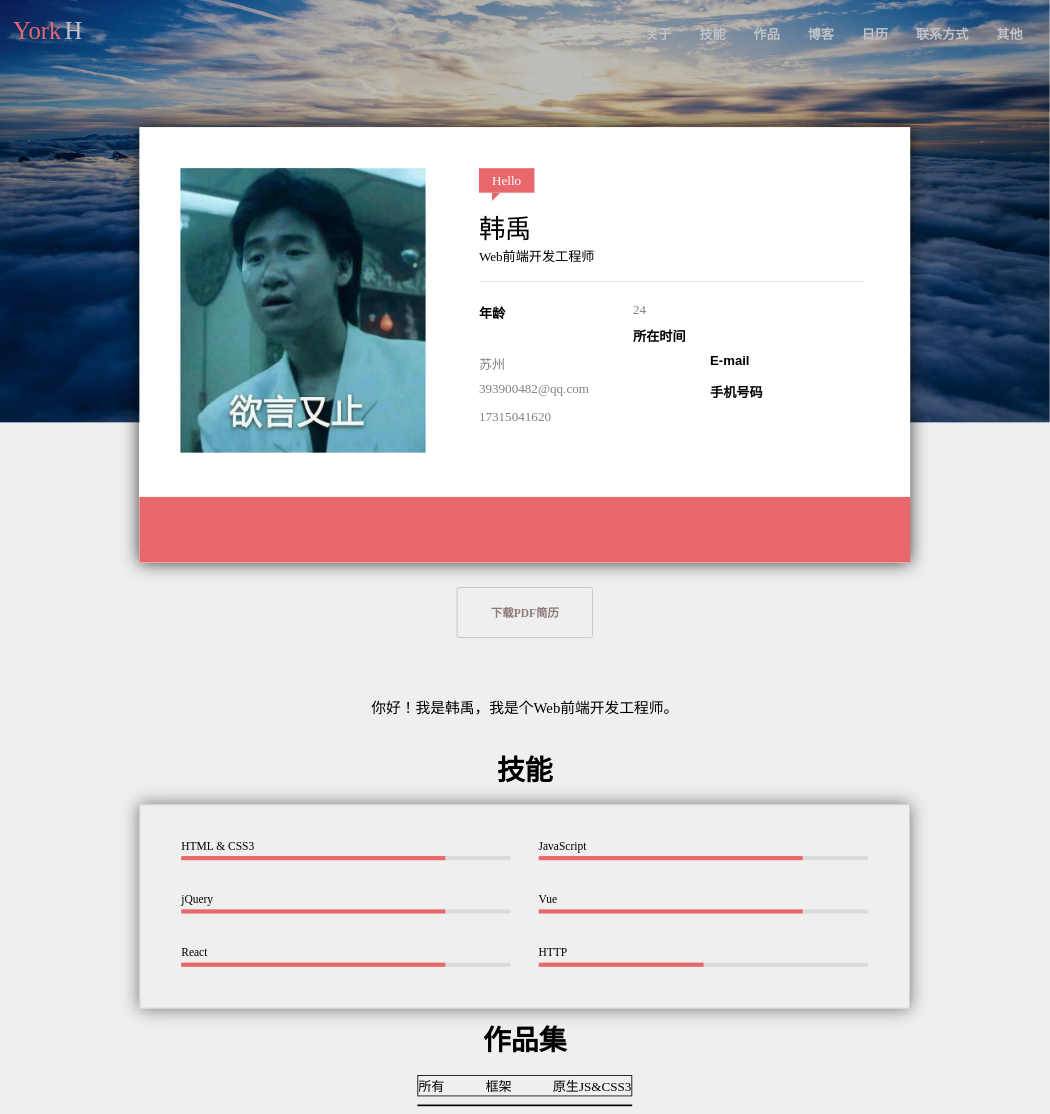
Repository: yorkHan/resume
Page: index.html
An editor plug-in stored every save of this project. The page is shown before and after the next save, followed by the edit.
The browser window is 1280 px wide. The pictures show the whole page, at 82% of full size.

Above is the page before, as saved 2018-04-10 13:28:59.

### index.html
<!DOCTYPE html>
<html lang="en">
<head>
    <meta charset="UTF-8">
    <meta name="viewport" content="width=device-width, initial-scale=1.0">
    <meta http-equiv="X-UA-Compatible" content="ie=edge">
    <title>Document</title>
    <link rel="stylesheet" href="./1.css">
    <script src="//at.alicdn.com/t/font_621912_9r2kl0u76xzb0529.js"></script>
    <style type="text/css">
        .icon {
           width: 1em; height: 1em;
           vertical-align: -0.15em;
           fill: currentColor;
           overflow: hidden;
        }
    </style>
</head>
<body>
    <div class="topNavBar clearfix">
        <div class="topNavBar-inner clearfix">
            <a class="logo" href="#" alt="logo" style="float:left;">
                <span class="rs">York</span><span class="card">H</span>
            </a>
            <nav>
                <ul class="clearfix" style="float: right;">
                    <li><a href="#">关于</a></li>
                    <li><a href="#">技能</a></li>
                    <li><a href="#">作品</a></li>
                    <li><a href="#">博客</a></li>
                    <li><a href="#">日历</a></li>
                    <li><a href="#">联系方式</a></li>
                    <li><a href="#">其他</a></li>
                </ul>
            </nav>
        </div>
    </div>
    <div class="banner" style="background-image: url(./images/3.jpg)">
        <div class="mask"></div>
    </div>
    <main>
        <div class="usercard">
            <div class="textAndPicture clearfix">
                <div class="pic">
                    <img src="./images/avatar.png" style="width:299px;height:347px" alt="头像">
                </div>
                <div class="text">
                    <div class="profile">
                    <span class="welcome">Hello
                        <span class="triangle"></span>
                    </span>
                    <h1>韩禹</h1>
                    <p>Web前端开发工程师</p>
                    <hr>
                    <dl>
                        <dt>年龄</dt>
                        <dd>24</dd>
                        <dt>所在时间</dt>
                        <dd>苏州</dd>
                        <dt>E-mail</dt>
                        <dd>393900482@qq.com</dd>
                        <dt>手机号码</dt>
                        <dd>17315041620</dd>
                    </dl>
                </div>
                </div>
            </div>
            <footer class="media">
                <a href="#">
                    <svg class="icon" aria-hidden="true">
                        <use xlink:href="#icon-github"></use>
                    </svg>
                </a>
                <a href="#">
                    <svg class="icon" aria-hidden="true">
                        <use xlink:href="#icon-dianhua"></use>
                    </svg>
                </a>
                <a href="#">
                    <svg class="icon" aria-hidden="true">
                        <use xlink:href="#icon-youjian"></use>
                    </svg>
                </a>
                <a href="#">
                    <svg class="icon" aria-hidden="true">
                        <use xlink:href="#icon-hexo"></use>
                    </svg>
                </a>
                <a href="#">
                    <svg class="icon" aria-hidden="true">
                        <use xlink:href="#icon-msnui-logo-qq"></use>
                     </svg>
                </a>
                <a href="#">
                    <svg class="icon" aria-hidden="true">
                        <use xlink:href="#icon-gongzhonghao"></use>
                    </svg>
                </a>
                <a href="#">
                    <svg class="icon" aria-hidden="true">
                        <use xlink:href="#icon-weibo"></use>
                    </svg>
                </a>
            </footer>
        </div>
        <p style="text-align: center;">
            <a class="downloadResume" href="./resume.pdf" target="_blank" download>下载PDF简历</a>
        </p>
        <p class="selfIntroduction">
            你好！我是韩禹，我是个Web前端开发工程师。
        </p>
    </main>
    <section class="skills">
        <h2>技能</h2>
        <ol class="clearfix">
            <li>
                <h3>HTML &amp; CSS3</h3>
                <div class="progressBar">
                    <div class="progress" style="width:80%">
                    </div>
                </div>
            </li>
            <li>
                <h3>JavaScript</h3>
                <div class="progressBar">
                        <div class="progress" style="width:80%">
                        </div>
                    </div>
            </li>
            <li>
                <h3>jQuery</h3>
                <div class="progressBar">
                    <div class="progress"style="width:80%">
                    </div>
                </div>
            </li>
            <li>
                <h3> Vue</h3>
                <div class="progressBar">
                    <div class="progress" style="width:80%">
                    </div>
                </div>
            </li>
            <li>
                <h3>React</h3>
                <div class="progressBar">
                    <div class="progress"style="width:80%">
                    </div>
                </div>
            </li>
            <li>
                <h3> HTTP</h3>
                <div class="progressBar">
                    <div class="progress"style="width:50%">
                    </div>
                </div>
            </li>
        </ol>
    </section>
    <section  class="portfolio">
        <h2>作品集</h2>
        <nav>
            <ol class="clearfix">
                <li>所有</li>
                <li>框架</li>
                <li>原生JS&amp;CSS3</li>
            </ol>
            <div class="bar">
                <div class=""></div>
            </div>
        </nav>
        <div class="jobs">
            <div class="big"></div>
            <div class='small'></div>
            <div class="small"></div>
        </div>
    </section>
</body>
</html>

### 1.css
body{
    background-color: #EFEFEF;
    margin: 0;
}
*{
    margin: 0;
    padding: 0;
}
h1,h2,h3,h4,h5,h6{
    font-weight: normal;
}
a{
    color: inherit;
    text-decoration: none;
}
.clearfix::after{
    content: '';
    display: block;
    clear: both;
}
.topNavBar{
    padding: 20px 0px 20px 0px;
    position: fixed;
    top:0;
    left:0;
    width:100%;
}
.topNavBar-inner{
    padding: 0 16px;
}
.topNavBar nav>ul{
    list-style: none;
    margin: 0;
    padding: 0;
}
.topNavBar nav>ul>li{
    float: left;

}
.topNavBar nav>ul>li>a{
    display: block;
    font-size: 16px;
    font-weight: bold;
    color:#c1c3c7;
    margin-left: 17px;
    margin-right: 17px;
    padding-top: 5px;
    padding-bottom: 5px;
    border-top:3px solid transparent;
    border-bottom:3px solid transparent;
}
.topNavBar nav>ul>li>a:hover{
    border-bottom:3px solid #E8676B;
}
.topNavBar .logo{
    font-family: "Arial Rounded MT Bold";
    font-size: 30px;
}
.topNavBar .logo .rs{
    margin-right: 4px;
    color:#E8676B;
}
.topNavBar .logo .card {
    color:#c1c3c7;
}
.banner{
    height: 515px;
    background-position: center center;
    background-size:cover;
}
.banner .mask{
    height: 515px;
    background-color: rgba(0, 0, 0, 0.26);
}
.usercard{
    max-width: 940px;
    margin-left: auto;
    margin-right: auto;
    margin-top: -360px;
    box-shadow: 0px 0px 20px 0px rgba(0,0,0,0.75);
}
.text .welcome{
    padding: 4px 16px;
    line-height: 22px;
    display: inline-block;
    background-color: #E8676B;
    color: white;
    position: relative;
}
.text h1{
    margin-top:18px;
    font-family: sans-serif;
}
hr{
    height: 0;
    border:none;
    border-top: 1px solid #DEDEDE;
}

.triangle{
    display: block;
    border: 10px solid transparent;
    width: 0;
    border-left-color:#E8676B;
    border-top:0;
    position: absolute;
    top:100%;
}
.usercard .pic{
    float: left;
}
.usercard .text{
    float: left;
    margin-left: 65px;
    width: 470px;
}
.usercard .text hr{
    margin: 20px 0px;
}
.usercard footer.media {
    background: #E8676B;
    padding: 20px;
    text-align: center;
}
.usercard footer.media>a {
    display: inline-block;
    border-radius: 50%;
    width: 40px;
    line-height: 20px;
    padding: 10px 0;
    margin: 0 20px;
}
.usercard footer.media>a:hover{
    background: rgb(223, 51, 56);
}
.usercard svg{
    width: 20px;
    height: 20px;
    fill: white;
    vertical-align: top;
}
.textAndPicture{
    background-color: #FFF;
    padding: 50px;
}
.usercard dl dt{
    float: left;
    width: 40%;
    padding: 5px 0;
    font-weight: bold;
    font-family: sans-serif;
}
.usercard dl dd{
    float: left;
    width: 60%;
    padding: 5px 0;
    color: gray;
}
body>main .downloadResume{
    display: inline-block;
    border: 1px solid rgba(128, 128, 128, 0.438);
    padding: 20px 40px;
    margin: 30px 0;
    border-radius: 3px;
    color: rgba(71, 37, 37, 0.575);
    font-size: 14px;
    font-weight: bold;
    transition: box-shadow 0.2s;
}
body>main .downloadResume:hover{
    box-shadow: 0px 5px 10px -1px rgba(0,0,0,0.5);}
.selfIntroduction{
    max-width: 940px;
    margin: 40px auto;
    text-align: center;
    font-family: WenQuanYi Micro Hei Mono;
    line-height: 1.8;
    font-size: 18px;
}
section.skills{
    max-width: 940px;
    margin-left: auto;
    margin-right: auto;
}
section.portfolio>h2,
section.skills>h2{
    font-size:34px;
    line-height: 1.2;
    font-weight:600;
    text-align: center;
    margin: 20px 0px;
}
section.skills h3{
    font-size: 14px;
}
section.skills>ol{
    box-shadow: 0px 0px 20px 0px rgba(0, 0, 0, 0.514);
    list-style: none;
    border: 1px solid rgba(128, 128, 128, 0.397);
    padding: 42px 50px 10px 50px;
}
section.skills>ol>li{
    float: left;
    width: 48%;
    box-sizing: border-box;
}
section.skills>ol>li:nth-child(even){
    float: right;
}
section.skills .progressBar{
    height: 5px;
    background-color: rgba(128, 128, 128, 0.192);
    border-radius: 3px;
    margin: 4px 0 40px 0;
}
section.skills .progressBar .progress{
    height: 100%;
    width: 50%;
    background-color: #E8676B;
}
section.portfolio{
    max-width: 940px;
    margin-left: auto;
    margin-right: auto;
    text-align: center;

}
section.portfolio ol>li{
    float: left;
    margin-right: 50px;
}
section.portfolio ol>li:last-child{
    margin-right: 0px;
}
section.portfolio>nav{
    display:inline-block;
}
section.portfolio ol{
    display: inline-block;
    vertical-align: top;
    border: 1px solid black;
    list-style: none;
}
section.portfolio>nav .bar{
    border: 1px solid black;
    margin: 10px 0;

}

After the next save:
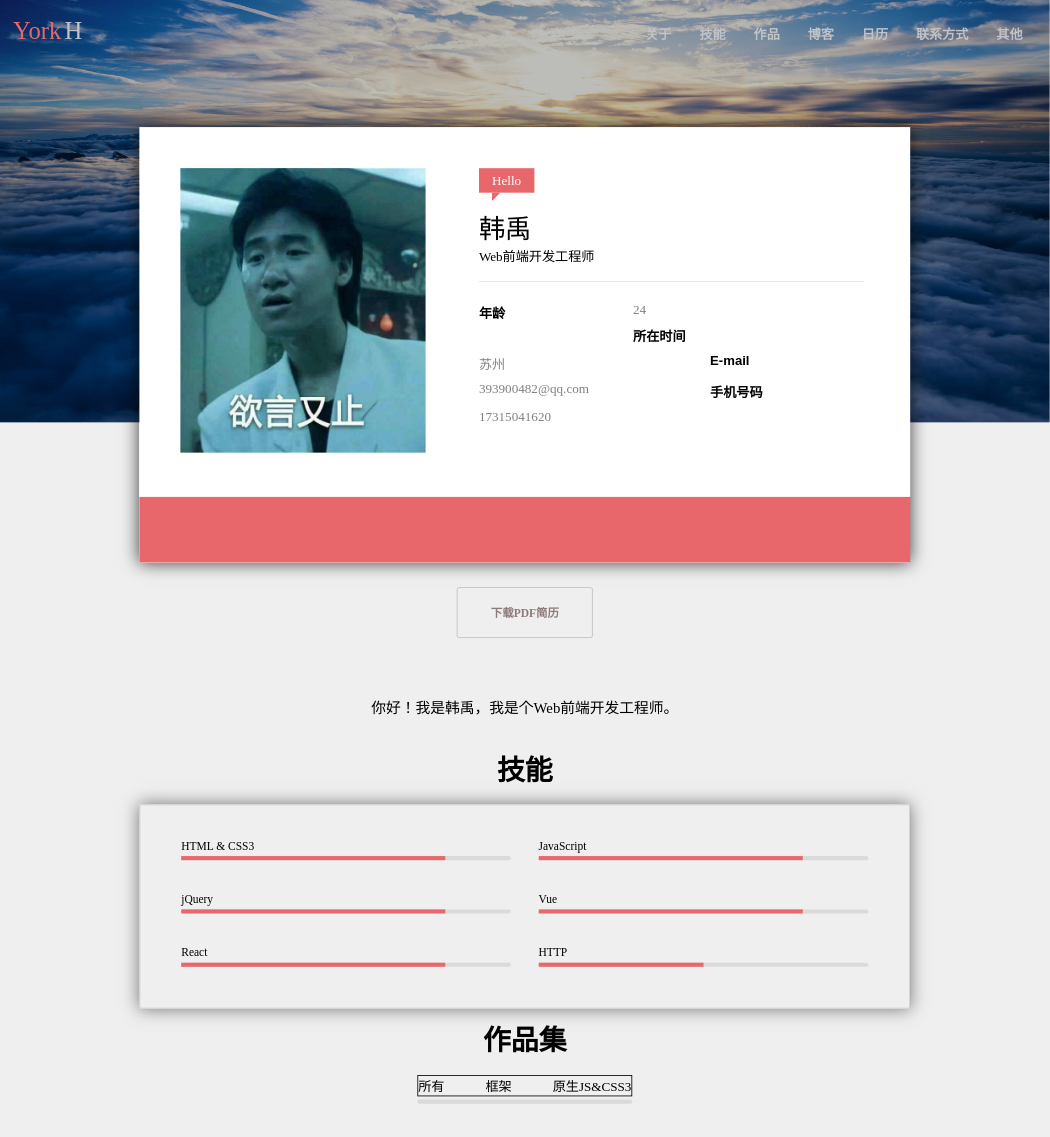
Saved 33 s later.
--- a/1.css
+++ b/1.css
@@ -242,7 +242,9 @@ section.portfolio ol{
     list-style: none;
 }
 section.portfolio>nav .bar{
-    border: 1px solid black;
-    margin: 10px 0;
-
-}
+    height: 5px;
+    background-color: rgba(128, 128, 128, 0.192);
+    border-radius: 3px;
+    margin: 4px 0 40px 0;
+
+}
